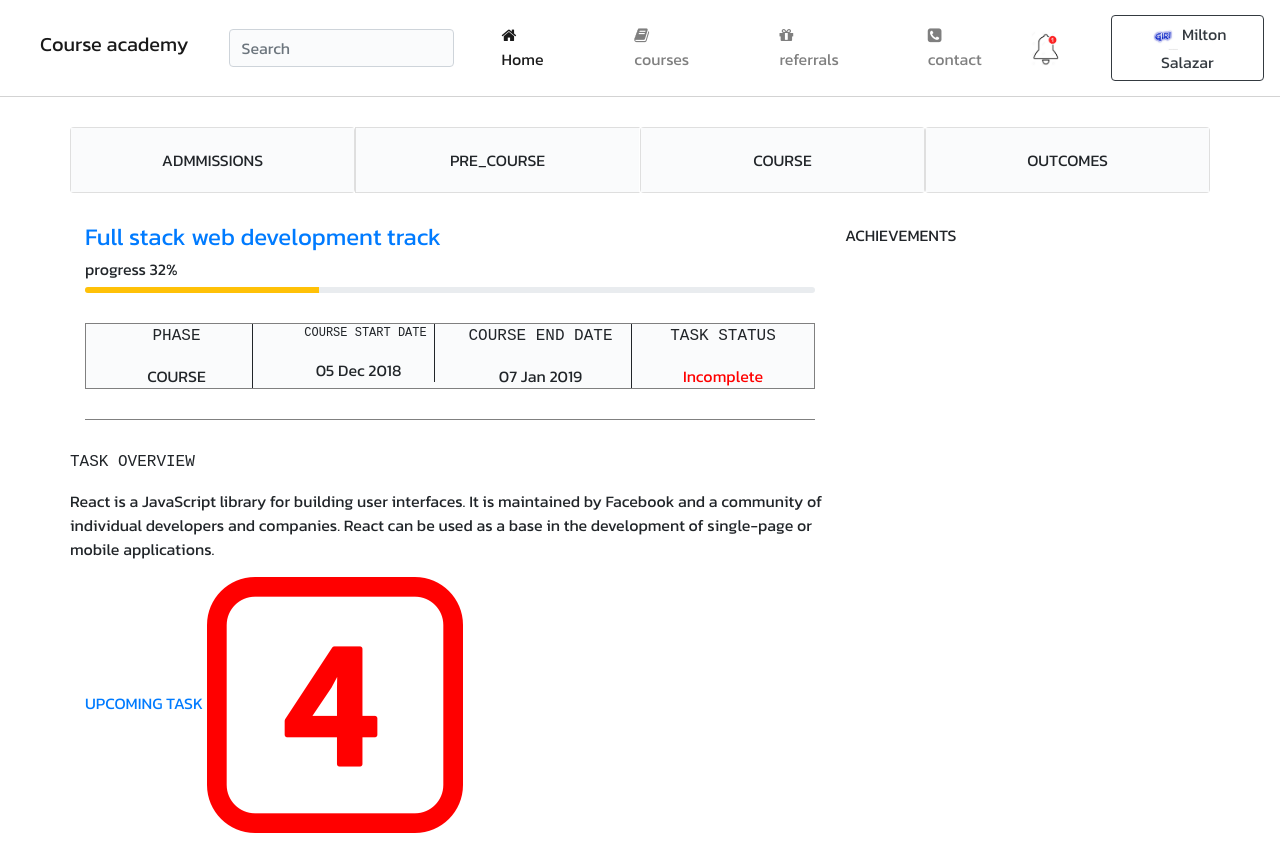
Repository: giribabu1997/html-layout
Page: task.html
These files come from the project's save history. The page is drawn as it stood at one moment and after a run of saves; the edit follows.
The browser window is 1280 px wide. The pictures show the whole page.
Some web fonts or font styles are not loaded; a fallback is used.

Above is the page before, as saved 2019-06-25 21:51:39.

### task.html
<!DOCTYPE html>
<html lang="en">

<head>
    <meta charset="UTF-8">
    <meta name="viewport" content="width=device-width, initial-scale=1.0">
    <meta http-equiv="X-UA-Compatible" content="ie=edge">
    <title>Document</title>
    <link rel="stylesheet" href="https://stackpath.bootstrapcdn.com/bootstrap/4.3.1/css/bootstrap.min.css"
        integrity="sha384-ggOyR0iXCbMQv3Xipma34MD+dH/1fQ784/j6cY/iJTQUOhcWr7x9JvoRxT2MZw1T" crossorigin="anonymous">
    <link href="https://fonts.googleapis.com/css?family=Kanit&display=swap" rel="stylesheet">
    <link rel="stylesheet" href="https://cdnjs.cloudflare.com/ajax/libs/font-awesome/4.7.0/css/font-awesome.min.css">
    <link href="https://fonts.googleapis.com/css?family=Cutive+Mono&display=swap" rel="stylesheet">
    <style>
        .navhead-height {
            padding: 1.5rem;
        }

        .head-container {
            padding: 0%;
        }

        * {
            font-family: 'Kanit', sans-serif;
        }

        .home-link {
            padding-right: 2.5rem !important;
            padding-left: 2.5rem !important;
        }
    </style>

</head>

<body>
    <div class="container-fluid head-container" style=" border-bottom: 1px solid lightgrey;">
        <nav class="navbar navbar-expand-lg navbar-light bg-white">
            <a class="navbar-brand navhead-height" href="#">
                <h5>Course academy </h5>
            </a>
            <button class="navbar-toggler" type="button" data-toggle="collapse" data-target="#navbarSupportedContent"
                aria-controls="navbarSupportedContent" aria-expanded="false" aria-label="Toggle navigation">
                <span class="navbar-toggler-icon"></span>
            </button>
            <form class="form-inline my-2 my-lg-0">
                <input class="form-control mr-sm-2" type="search" placeholder="Search" aria-label="Search"
                    style="background-color: #fafbfc;">
            </form>
            <div class="collapse navbar-collapse" id="navbarSupportedContent">
                <ul class="navbar-nav mr-auto">
                    <li class="nav-item active">
                        <a class="nav-link home-link" href="#"><i class="fa fa-home"></i> Home <span
                                class="sr-only">(current)</span></a>
                    </li>
                    <li class="nav-item">
                        <a class="nav-link home-link" href="#"><i class="fa fa-book"></i> courses</a>
                    </li>
                    <li class="nav-item">
                        <a class="nav-link home-link" href="#"><i class="fa fa-gift"></i> referrals</a>
                    </li>
                    <li class="nav-item">
                        <a class="nav-link home-link" href="#"><i class="fa fa-phone-square"></i> contact</a>
                    </li>
                    <li class="nav-item">
                        <a class="nav-link home-link" href="#"></a>
                        <img src="icon.png" width="30px" style="text-align: center" />
                        </a>
                    </li>
                    <button class="btn btn-outline-dark my-2 my-sm-0" type="submit">
                        <img src="giri.png" width="30px" /> Milton Salazar </button>
            </div>
        </nav>
    </div>
    <div class="container" style="padding-top: 30px; padding-bottom: 30px">
        <div class="row">
            <div class="col-md-3" style="padding: 0px !important">
                <div class="card">
                    <div class="card-body" style="text-align: center; background-color: #fafbfc;">
                        <h> ADMMISSIONS</h>
                    </div>
                </div>
            </div>
            <div class="col-md-3" style="padding: 0px !important">
                <div class="card" style="border-radius: 0;border-right-color: white;">
                    <div class="card-body" style="text-align: center; background-color: #fafbfc;">
                        <h> PRE_COURSE</h>
                    </div>
                </div>
            </div>
            <div class="col-md-3" style="padding: 0px !important">
                <div class="card">
                    <div class="card-body" style="text-align: center; background-color: #fafbfc;">
                        <h> COURSE</h>
                    </div>
                </div>
            </div>
            <div class="col-md-3" style="padding: 0px !important">
                <div class="card">
                    <div class="card-body" style="text-align: center; background-color: #fafbfc;">
                        <h> OUTCOMES</h>
                    </div>
                </div>
            </div>
        </div>
    </div>
    <div class="container">
        <div class="row">
            <div class="col-8">
                <h4> <a class="text-primary">Full stack web development track</a></h4>
                <h6>progress 32%</h6>
                <div class="progress" style=" height: 0.4rem;">
                    <div class="progress-bar bg-warning" role="progressbar" style="width: 32%" aria-valuenow="32"
                        aria-valuemin="0" aria-valuemax="50">
                    </div>
                </div>
                <div class="container" style="padding-top: 30px; padding-bottom: 30px; border-bottom: 1px solid gray;">
                    <div class="row" style="border: 1px solid gray; text-align: center; background-color: #fafbfc;">
                        <div class="col-3">
                            <div class="box" style="border-right: 1px solid">
                                <p style="font-family: 'Cutive Mono', monospace;">PHASE</p>
                                <h7>COURSE</h7>
                            </div>
                        </div>
                        <div class="col-3">
                            <div class="box" style="border-right: 1px solid">
                                <p style="font-family: 'Cutive Mono', monospace; width: 165px; font-size: 12px;">COURSE
                                    START DATE</p>
                                <h7>05 Dec 2018</h7>
                            </div>
                        </div>
                        <div class="col-3" style="border-right: 1px solid">
                            <div class="box">
                                <p style="font-family: 'Cutive Mono', monospace;">COURSE END DATE</p>
                                <h7>07 Jan 2019</h7>
                            </div>
                        </div>
                        <div class="col-3">
                            <div class="box">
                                <p style="font-family: 'Cutive Mono', monospace;">TASK STATUS</p>
                                <span style="color: red">Incomplete</span>
                            </div>
                        </div>
                    </div>
                </div>

                <div class="row" style="padding-top: 30px">
                    <h style="padding-bottom: 15px; font-family: 'Cutive Mono', monospace;">TASK OVERVIEW</h>
                    <p>React is a JavaScript library for building user interfaces. It is maintained by Facebook and a
                        community of individual developers and companies. React can be used as a base in the development
                        of single-page or mobile applications.</p>
                </div>
                <div class="">
                        <p class="text-primary">UPCOMING TASK <img src="4.png"</p>
                </div>
            </div>
            <div class="col-4">
                ACHIEVEMENTS
            </div>
        </div>
    </div>


</body>
<script src="https://code.jquery.com/jquery-3.3.1.slim.min.js"
    integrity="sha384-q8i/X+965DzO0rT7abK41JStQIAqVgRVzpbzo5smXKp4YfRvH+8abtTE1Pi6jizo"
    crossorigin="anonymous"></script>
<script src="https://cdnjs.cloudflare.com/ajax/libs/popper.js/1.14.7/umd/popper.min.js"
    integrity="sha384-UO2eT0CpHqdSJQ6hJty5KVphtPhzWj9WO1clHTMGa3JDZwrnQq4sF86dIHNDz0W1"
    crossorigin="anonymous"></script>
<script src="https://stackpath.bootstrapcdn.com/bootstrap/4.3.1/js/bootstrap.min.js"
    integrity="sha384-JjSmVgyd0p3pXB1rRibZUAYoIIy6OrQ6VrjIEaFf/nJGzIxFDsf4x0xIM+B07jRM"
    crossorigin="anonymous"></script>

</html>

After the next 2 saves:
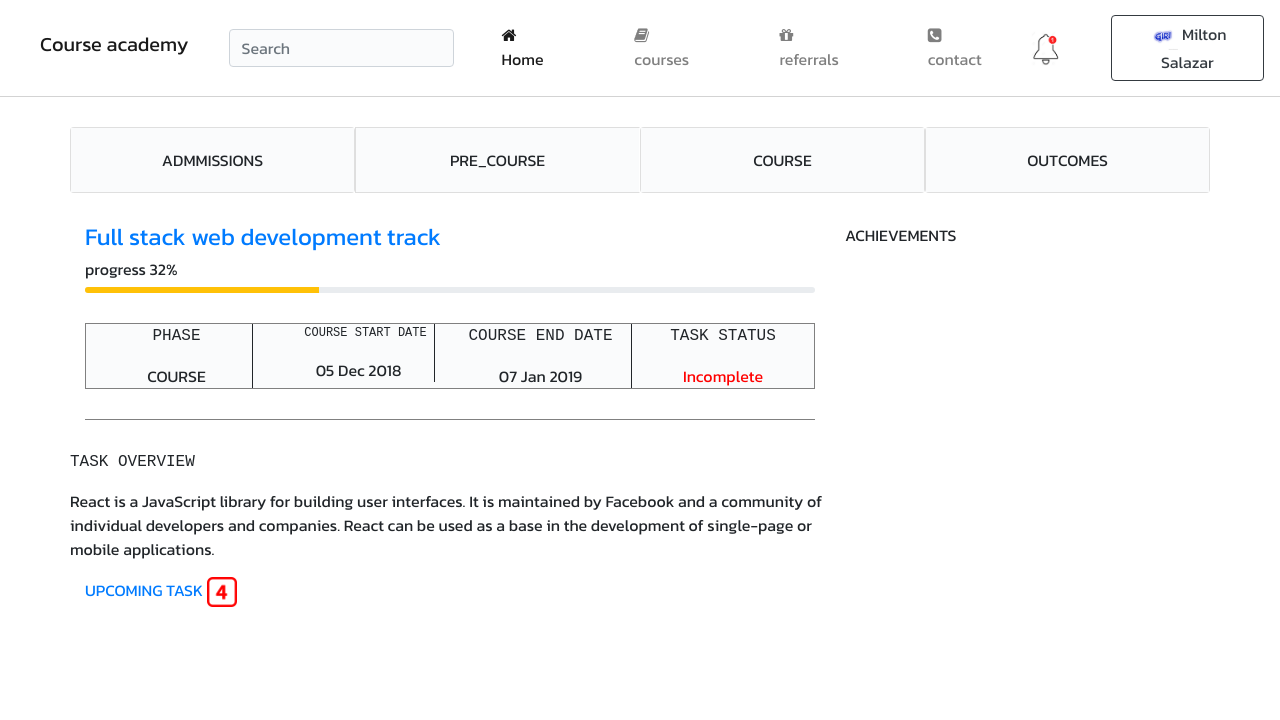
The 2 saves are shown as one change because they came seconds apart.
The last was saved 9 s later.
--- a/task.html
+++ b/task.html
@@ -150,7 +150,7 @@
                         of single-page or mobile applications.</p>
                 </div>
                 <div class="">
-                        <p class="text-primary">UPCOMING TASK <img src="4.png"</p>
+                        <p class="text-primary">UPCOMING TASK <img src="4.png" width="30"</p>
                 </div>
             </div>
             <div class="col-4">
